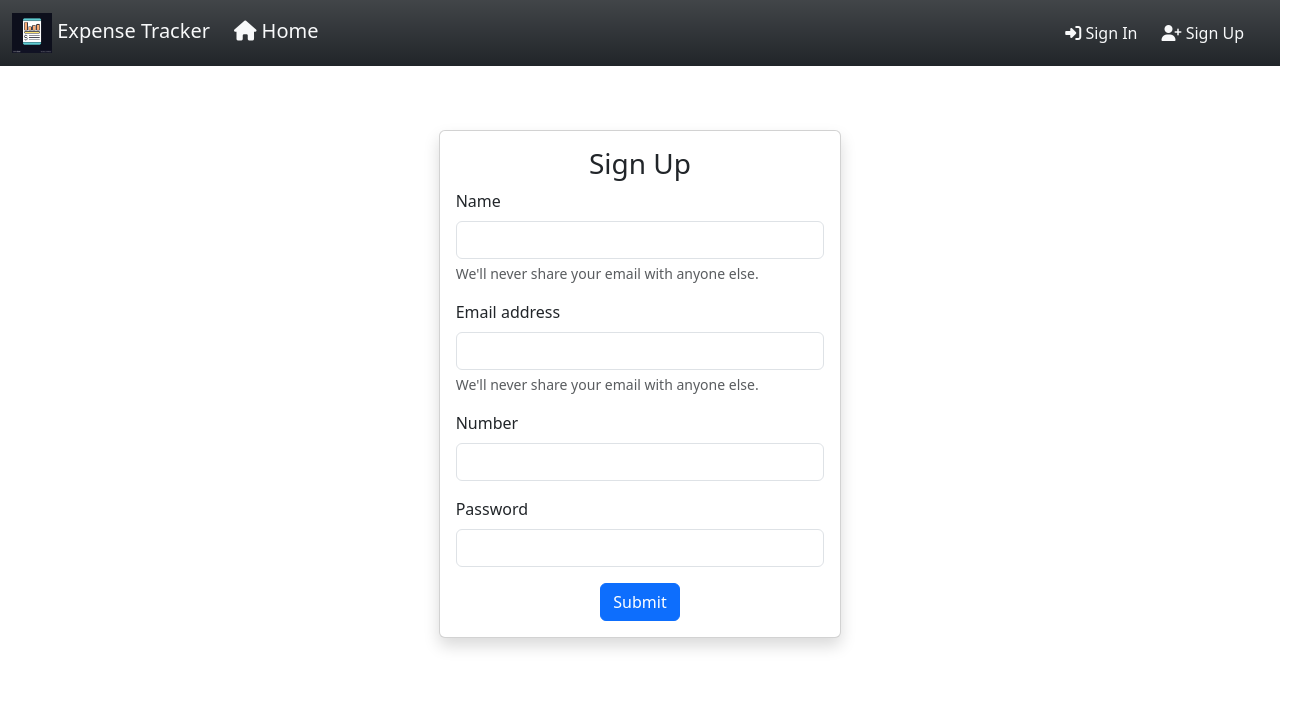
Repository: Gaurav560/OnlineExpenseTracker
Page: http://localhost/Online_Expense_Tracker/register.jsp
The author's editor kept a copy of each file at every save. The page is drawn from the files as they stood at one save, then again after the next save.
The browser window is 1280 px wide. The page is 1292 px wide, so the pictures cover 1292 px, including what lies to the right of the window. The pictures show the whole page.
The page is served by Tomcat 9.

Above is the page before, as saved 2023-05-04 14:46:09.

After the next save:
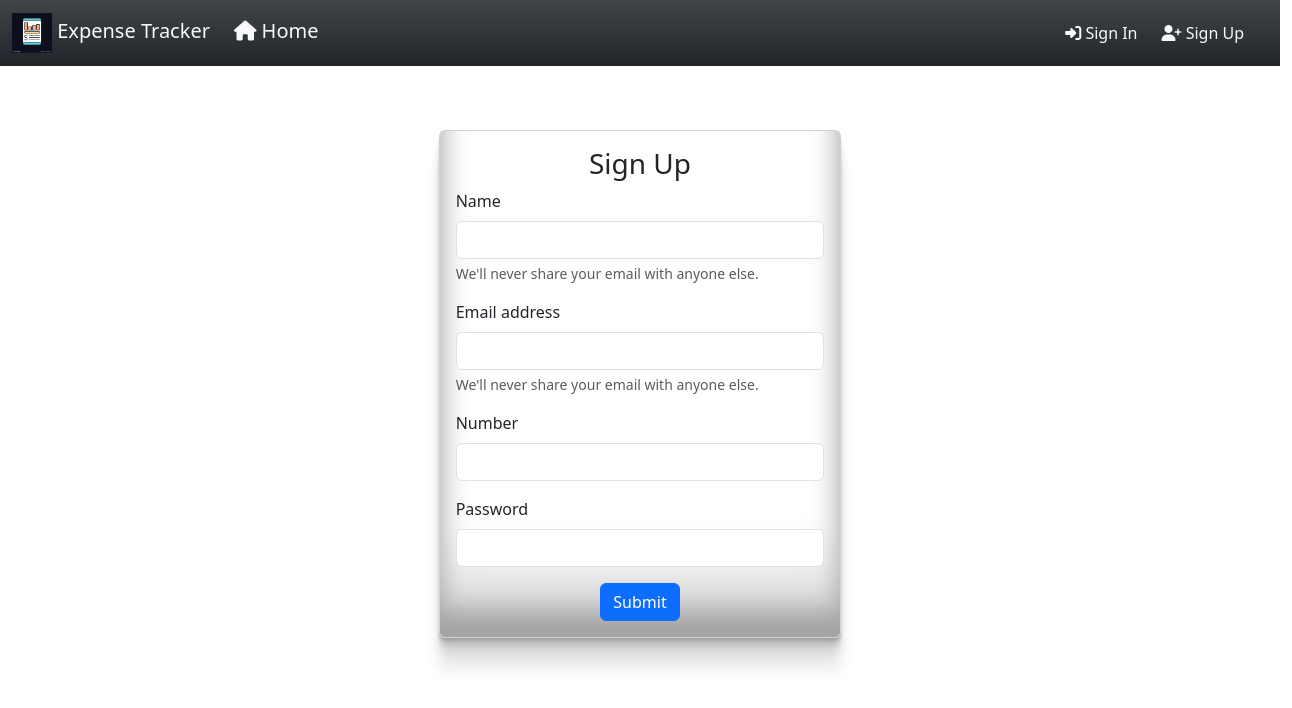
Saved 74 s later.
--- a/Online_Expense_Tracker/src/main/webapp/register.jsp
+++ b/Online_Expense_Tracker/src/main/webapp/register.jsp
@@ -24,7 +24,11 @@
 	<div class="contaier">
 		<div class="row">
 			<div class="col-md-4 offset-md-4 p-3">
-				<div class="card mt-5 shadow">
+				<div class="card mt-5" style="box-shadow: rgba(0, 0, 0, 0.17) 0px -23px 25px 0px inset,
+		rgba(0, 0, 0, 0.15) 0px -36px 30px 0px inset, rgba(0, 0, 0, 0.1) 0px
+		-79px 40px 0px inset, rgba(0, 0, 0, 0.06) 0px 2px 1px,
+		rgba(0, 0, 0, 0.09) 0px 4px 2px, rgba(0, 0, 0, 0.09) 0px 8px 4px,
+		rgba(0, 0, 0, 0.09) 0px 16px 8px, rgba(0, 0, 0, 0.09) 0px 32px 16px;">
 					<div class="card-body">
 						<h3 class="card-title text-center">Sign Up</h3>
 
